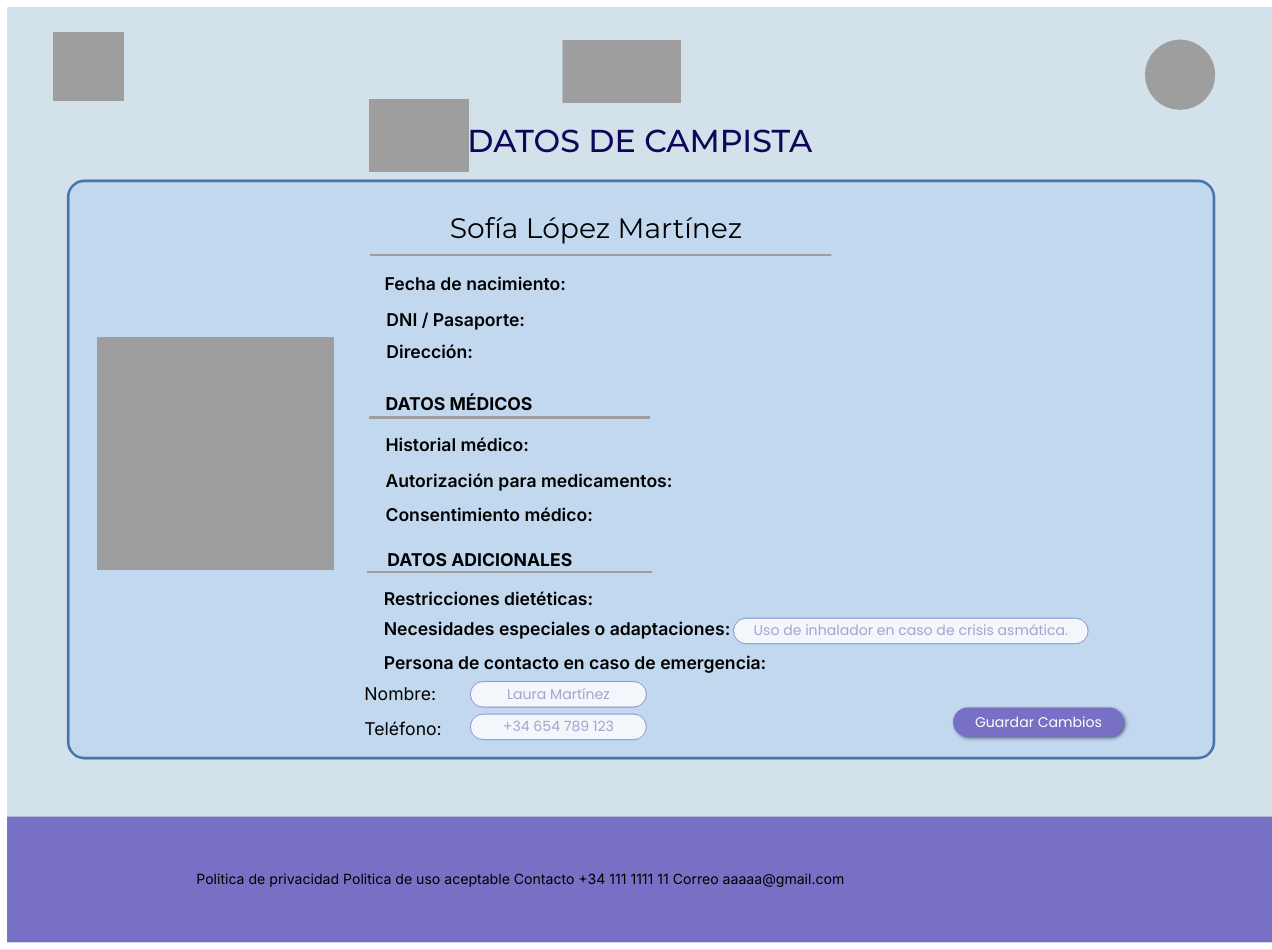
Repository: maariadomiingo/Proyecto-Integrador-Campamento
Page: html/editarCampistas.html
The author's editor kept a copy of each file at every save. The page is drawn from the files as they stood at one save, then again after a run of saves.
The browser window is 1280 px wide. The page is 1446 px wide, so the pictures cover 1446 px, including what lies to the right of the window. The pictures show the whole page, at 88% of full size.
Pictures or frames that could not be fetched are drawn as grey boxes.

Above is the page before, as saved 2025-02-05 17:18:29.

### html/editarCampistas.html
<!DOCTYPE html>
<html lang="en">
  <head>
    <meta charset="UTF-8" />
    <meta name="viewport" content="width=device-width, initial-scale=1.0" />
    <title>Editar Campistas</title>
    <link rel="stylesheet" href="https://fonts.googleapis.com/css2?family=Montserrat:wght@400;500&display=swap" />
<link rel="stylesheet" href="https://fonts.googleapis.com/css2?family=Poppins:wght@400&display=swap" />
<link rel="stylesheet" href="https://fonts.googleapis.com/css2?family=Inter:wght@400;600;700&display=swap" />
    <link rel="stylesheet" href="../css/editarCampista.css" />
  </head>
  <body>
    <div class="main-container">
      <div class="rectangle"></div>
      <div class="logo"></div>
      <div class="logo-1"></div>
      <div class="logo-final-sin-fondo"></div>
      <div class="img-3"></div>
      <div class="pic-2"></div>
      <div class="clipart-transparent-library-watercolor"></div>
      <span class="datos-de-campista">DATOS DE CAMPISTA</span>
      <div class="flecha-atras"></div>
      <div class="rectangle-2"></div>
      <span class="sofia-lopez-martinez">Sofía López Martínez</span>
      <div class="line"></div>
      <span class="fecha-de-nacimiento">Fecha de nacimiento: </span>
      <div class="dni-pasaporte">
        <span class="dni-pasaporte-3">DNI / Pasaporte:</span
        ><span class="space"> </span>
      </div>
      <div class="image-removebg-preview"></div>
      <span class="direccion">Dirección:</span
      ><span class="datos-medicos">DATOS MÉDICOS</span>
      <div class="line-4"></div>
      <span class="historial-medico">Historial médico:</span>
      <div class="autorizacion-medicamentos">
        <span class="autorizacion-medicamentos-5"
          >Autorización para medicamentos:</span
        ><span class="empty"> </span>
      </div>
      <span class="consentimiento-medico">Consentimiento médico: </span
      ><span class="datos-adicionales">DATOS ADICIONALES</span>
      <div class="line-6"></div>
      <div class="restricciones-dieteticas">
        <span class="restricciones-dieteticas-7">Restricciones dietéticas:</span
        ><span class="text-e"> </span>
      </div>
      <button class="Button">
        <span class="text-f"
          >Uso de inhalador en caso de crisis asmática.</span
        ></button
      ><span class="text-10">Necesidades especiales o adaptaciones: </span
      ><span class="text-11">Persona de contacto en caso de emergencia:</span>
      <div class="section-2">
        <span class="text-12">Nombre:</span><span class="text-13"> <br /></span
        ><span class="text-14">Teléfono:</span>
      </div>
      <button class="Button-2">
        <span class="tu-email">Laura Martínez</span></button
      ><button class="primary-buttons">
        <span class="button">Guardar Cambios</span></button
      ><button class="input">
        <span class="tu-email-8">+34 654 789 123</span>
      </button>
      <div class="rectangle-9"></div>
      <span class="politica-privacidad"
        >Politica de privacidad Politica de uso aceptable Contacto +34 111 1111
        11 Correo aaaaa@gmail.com</span
      >
    </div>
  </body>
</html>

### css/editarCampista.css
:root {
    --default-font-family: -apple-system, BlinkMacSystemFont, "Segoe UI", Roboto,
      Ubuntu, "Helvetica Neue", Helvetica, Arial, "PingFang SC",
      "Hiragino Sans GB", "Microsoft Yahei UI", "Microsoft Yahei",
      "Source Han Sans CN", sans-serif;
  }

  .main-container {
    overflow: hidden;
  }

  .main-container,
  .main-container * {
    box-sizing: border-box;
  }

  input,
  select,
  textarea,
  button {
    outline: 0;
  }

  .main-container {
    position: relative;
    width: 1438px;
    height: 1063px;
    margin: 0 auto;
  }
  .rectangle {
    position: absolute;
    width: 1438px;
    height: 1063px;
    top: 0;
    left: 0;
    background: #d3e1eb;
  }
  .logo {
    position: absolute;
    width: 81px;
    height: 79px;
    top: 28px;
    left: 52px;
    background: url(./assets/images/ba66e402-7fcd-4e19-b97f-90186bb3164b.png)
      no-repeat center;
    background-size: cover;
    z-index: 4;
  }
  .logo-1 {
    position: absolute;
    width: 80px;
    height: 80px;
    top: 37px;
    left: 1293px;
    background: url(./assets/images/d5c923a2-6a05-4f5b-b0bd-39ed3be9df8b.png)
      no-repeat center;
    background-size: cover;
    z-index: 6;
    border-radius: 50%;
  }
  .logo-final-sin-fondo {
    position: absolute;
    width: 135px;
    height: 72px;
    top: 37px;
    left: 631px;
    background: url(./assets/images/3afe852ae267f541a4e04b261436eafe5faae810.png)
      no-repeat center;
    background-size: cover;
    z-index: 8;
  }
  .img-3 {
    position: absolute;
    width: 19px;
    height: 21px;
    top: 56px;
    left: 84px;
    background: url(./assets/images/1e01157a333e1bec54a9393a8e8dd6b13038c27c.png)
      no-repeat center;
    background-size: cover;
    z-index: 5;
  }
  .pic-2 {
    position: absolute;
    width: 24px;
    height: 29px;
    top: 63px;
    left: 1321px;
    background: url(./assets/images/d1984de478cfebaa95ada4a339a47bb648a589b3.png)
      no-repeat center;
    background-size: cover;
    z-index: 7;
  }
  .clipart-transparent-library-watercolor {
    position: absolute;
    width: 114px;
    height: 82px;
    top: 105px;
    left: 411px;
    background: url(./assets/images/251fc007-0ec6-40b0-a4fa-76b2d6da96a5.png)
      no-repeat center;
    background-size: cover;
    z-index: 1;
  }
  .datos-de-campista {
    display: flex;
    align-items: flex-start;
    justify-content: center;
    position: absolute;
    width: 482px;
    height: 101px;
    top: 131px;
    left: 478px;
    color: #0f0559;
    font-family: Montserrat, var(--default-font-family);
    font-size: 36px;
    font-weight: 500;
    line-height: 43.884px;
    text-align: center;
    z-index: 3;
  }
  .flecha-atras {
    position: absolute;
    width: 27px;
    height: 23px;
    top: 143px;
    left: 468px;
    background: url(./assets/images/5f671df9ca895acd896dd721997735885d389190.png)
      no-repeat center;
    background-size: cover;
    z-index: 2;
  }
  .rectangle-2 {
    position: absolute;
    width: 1305px;
    height: 659px;
    top: 196px;
    left: 68px;
    background: rgba(176, 207, 241, 0.5);
    border: 3px solid #4674aa;
    z-index: 9;
    border-radius: 20px;
  }
  .sofia-lopez-martinez {
    display: flex;
    align-items: flex-start;
    justify-content: flex-start;
    position: absolute;
    height: 39px;
    top: 232px;
    left: 503px;
    color: #000000;
    font-family: Montserrat, var(--default-font-family);
    font-size: 32px;
    font-weight: 400;
    line-height: 39px;
    text-align: left;
    white-space: nowrap;
    z-index: 13;
  }
  .line {
    position: absolute;
    width: 525px;
    height: 2px;
    top: 281px;
    left: 412px;
    background: url(./assets/images/6c3e3311-4927-41ca-9260-a13de4e5d891.png)
      no-repeat center;
    background-size: cover;
    z-index: 17;
  }
  .fecha-de-nacimiento {
    display: flex;
    align-items: flex-start;
    justify-content: flex-start;
    position: absolute;
    height: 21px;
    top: 305px;
    left: 429px;
    color: #000000;
    font-family: Inter, var(--default-font-family);
    font-size: 20px;
    font-weight: 600;
    line-height: 21px;
    text-align: left;
    white-space: nowrap;
    z-index: 14;
  }
  .dni-pasaporte {
    position: absolute;
    width: 166px;
    height: 24px;
    top: 344px;
    left: 431px;
    font-family: Inter, var(--default-font-family);
    font-size: 20px;
    font-weight: 400;
    line-height: 24px;
    text-align: left;
    text-overflow: initial;
    white-space: nowrap;
    z-index: 15;
  }
  .dni-pasaporte-3 {
    position: relative;
    color: #000000;
    font-family: Inter, var(--default-font-family);
    font-size: 20px;
    font-weight: 600;
    line-height: 24.205px;
    text-align: left;
  }
  .space {
    position: relative;
    color: #000000;
    font-family: Inter, var(--default-font-family);
    font-size: 20px;
    font-weight: 400;
    line-height: 24.205px;
    text-align: left;
  }
  .image-removebg-preview {
    position: absolute;
    width: 269px;
    height: 265px;
    top: 375px;
    left: 102px;
    background: url(./assets/images/66994f5bdea5b2f42a2d4f51b08bc45cb40066f6.png)
      no-repeat center;
    background-size: cover;
    z-index: 12;
  }
  .direccion {
    display: flex;
    align-items: flex-start;
    justify-content: flex-start;
    position: absolute;
    height: 36px;
    top: 380px;
    left: 431px;
    color: #000000;
    font-family: Inter, var(--default-font-family);
    font-size: 20px;
    font-weight: 600;
    line-height: 24.205px;
    text-align: left;
    white-space: nowrap;
    z-index: 16;
  }
  .datos-medicos {
    display: flex;
    align-items: flex-start;
    justify-content: flex-start;
    position: absolute;
    width: 212px;
    height: 38px;
    top: 439px;
    left: 430px;
    color: #000000;
    font-family: Inter, var(--default-font-family);
    font-size: 20px;
    font-weight: 700;
    line-height: 24.205px;
    text-align: left;
    z-index: 20;
  }
  .line-4 {
    position: absolute;
    width: 319.758px;
    height: 3px;
    top: 465px;
    left: 410.997px;
    background: url(./assets/images/7de19d98-c69d-4065-83d1-bc1198f7a0f8.png)
      no-repeat center;
    background-size: cover;
    z-index: 18;
  }
  .historial-medico {
    display: flex;
    align-items: flex-start;
    justify-content: flex-start;
    position: absolute;
    height: 28px;
    top: 486px;
    left: 430px;
    color: #000000;
    font-family: Inter, var(--default-font-family);
    font-size: 20px;
    font-weight: 600;
    line-height: 24.205px;
    text-align: left;
    white-space: nowrap;
    z-index: 21;
  }
  .autorizacion-medicamentos {
    position: absolute;
    width: 334px;
    height: 28px;
    top: 526px;
    left: 430px;
    font-family: Inter, var(--default-font-family);
    font-size: 20px;
    font-weight: 400;
    line-height: 24.205px;
    text-align: left;
    text-overflow: initial;
    white-space: nowrap;
    z-index: 22;
  }
  .autorizacion-medicamentos-5 {
    position: relative;
    color: #000000;
    font-family: Inter, var(--default-font-family);
    font-size: 20px;
    font-weight: 600;
    line-height: 24.205px;
    text-align: left;
  }
  .empty {
    position: relative;
    color: #000000;
    font-family: Inter, var(--default-font-family);
    font-size: 20px;
    font-weight: 400;
    line-height: 24.205px;
    text-align: left;
  }
  .consentimiento-medico {
    display: flex;
    align-items: flex-start;
    justify-content: flex-start;
    position: absolute;
    height: 28px;
    top: 565px;
    left: 430px;
    color: #000000;
    font-family: Inter, var(--default-font-family);
    font-size: 20px;
    font-weight: 600;
    line-height: 24.205px;
    text-align: left;
    white-space: nowrap;
    z-index: 23;
  }
  .datos-adicionales {
    display: flex;
    align-items: flex-start;
    justify-content: flex-start;
    position: absolute;
    width: 709px;
    height: 38px;
    top: 616px;
    left: 432px;
    color: #000000;
    font-family: Inter, var(--default-font-family);
    font-size: 20px;
    font-weight: 700;
    line-height: 24.205px;
    text-align: left;
    z-index: 24;
  }
  .line-6 {
    position: absolute;
    width: 324px;
    height: 2px;
    top: 641px;
    left: 409px;
    background: url(./assets/images/802bba21-413f-4e51-85a2-a2274926ef1f.png)
      no-repeat center;
    background-size: cover;
    z-index: 19;
  }
  .restricciones-dieteticas {
    position: absolute;
    width: 247px;
    height: 28px;
    top: 661px;
    left: 428px;
    font-family: Inter, var(--default-font-family);
    font-size: 20px;
    font-weight: 400;
    line-height: 24.205px;
    text-align: left;
    text-overflow: initial;
    white-space: nowrap;
    z-index: 25;
  }
  .restricciones-dieteticas-7 {
    position: relative;
    color: #000000;
    font-family: Inter, var(--default-font-family);
    font-size: 20px;
    font-weight: 600;
    line-height: 24.205px;
    text-align: left;
  }
  .text-e {
    position: relative;
    color: #000000;
    font-family: Inter, var(--default-font-family);
    font-size: 20px;
    font-weight: 400;
    line-height: 24.205px;
    text-align: left;
  }
  .Button {
    display: flex;
    align-items: center;
    justify-content: center;
    flex-wrap: nowrap;
    gap: 16px;
    position: absolute;
    width: 404px;
    height: 30px;
    top: 694px;
    left: 825px;
    padding: 8px 16px 8px 16px;
    cursor: pointer;
    background: #ffffff;
    border: 1px solid #7770c5;
    opacity: 0.8;
    z-index: 31;
    overflow: hidden;
    border-radius: 15px;
  }
  .text-f {
    flex-shrink: 0;
    flex-basis: auto;
    position: relative;
    height: 22px;
    color: rgba(58, 50, 143, 0.5);
    font-family: Poppins, var(--default-font-family);
    font-size: 16px;
    font-weight: 400;
    line-height: 22px;
    text-align: left;
    white-space: nowrap;
    z-index: 32;
  }
  .text-10 {
    display: flex;
    align-items: flex-start;
    justify-content: flex-start;
    position: absolute;
    height: 28px;
    top: 695px;
    left: 428px;
    color: #000000;
    font-family: Inter, var(--default-font-family);
    font-size: 20px;
    font-weight: 600;
    line-height: 24.205px;
    text-align: left;
    white-space: nowrap;
    z-index: 26;
  }
  .text-11 {
    display: flex;
    align-items: flex-start;
    justify-content: flex-start;
    position: absolute;
    width: 665px;
    height: 90px;
    top: 733px;
    left: 428px;
    color: #000000;
    font-family: Inter, var(--default-font-family);
    font-size: 20px;
    font-weight: 600;
    line-height: 24.205px;
    text-align: left;
    z-index: 27;
  }
  .section-2 {
    position: absolute;
    width: 291px;
    height: 72px;
    top: 760px;
    left: 406px;
    font-family: Inter, var(--default-font-family);
    font-size: 20px;
    font-weight: 400;
    line-height: 40px;
    text-align: left;
    z-index: 28;
  }
  .text-12 {
    position: relative;
    color: #000000;
    font-family: Inter, var(--default-font-family);
    font-size: 20px;
    font-weight: 500;
    line-height: 40px;
    text-align: left;
  }
  .text-13 {
    position: relative;
    color: #000000;
    font-family: Inter, var(--default-font-family);
    font-size: 20px;
    font-weight: 400;
    line-height: 40px;
    text-align: left;
  }
  .text-14 {
    position: relative;
    color: #000000;
    font-family: Inter, var(--default-font-family);
    font-size: 20px;
    font-weight: 500;
    line-height: 40px;
    text-align: left;
  }
  .Button-2 {
    display: flex;
    align-items: center;
    justify-content: center;
    flex-wrap: nowrap;
    gap: 16px;
    position: absolute;
    width: 201px;
    height: 30px;
    top: 766px;
    left: 526px;
    padding: 8px 16px 8px 16px;
    cursor: pointer;
    background: #ffffff;
    border: 1px solid #7770c5;
    opacity: 0.8;
    z-index: 33;
    overflow: hidden;
    border-radius: 15px;
  }
  .tu-email {
    flex-shrink: 0;
    flex-basis: auto;
    position: relative;
    height: 22px;
    color: rgba(58, 50, 143, 0.5);
    font-family: Poppins, var(--default-font-family);
    font-size: 16px;
    font-weight: 400;
    line-height: 22px;
    text-align: left;
    white-space: nowrap;
    z-index: 34;
  }
  .primary-buttons {
    display: flex;
    align-items: center;
    justify-content: center;
    flex-wrap: nowrap;
    gap: 16px;
    position: absolute;
    width: 194px;
    height: 33px;
    top: 796px;
    left: 1075px;
    padding: 16px 16px 16px 16px;
    cursor: pointer;
    background: #7770c5;
    border: none;
    z-index: 10;
    border-radius: 32px;
    box-shadow: 2px 2px 4px 0 rgba(51, 62, 99, 0.75);
  }
  .button {
    flex-shrink: 0;
    flex-basis: auto;
    position: relative;
    height: 22px;
    color: #ffffff;
    font-family: Poppins, var(--default-font-family);
    font-size: 16px;
    font-weight: 400;
    line-height: 22px;
    text-align: left;
    white-space: nowrap;
    z-index: 11;
  }
  .input {
    display: flex;
    align-items: center;
    justify-content: center;
    flex-wrap: nowrap;
    gap: 16px;
    position: absolute;
    width: 201px;
    height: 30px;
    top: 803px;
    left: 526px;
    padding: 8px 16px 8px 16px;
    cursor: pointer;
    background: #ffffff;
    border: 1px solid #7770c5;
    opacity: 0.8;
    z-index: 35;
    overflow: hidden;
    border-radius: 15px;
  }
  .tu-email-8 {
    flex-shrink: 0;
    flex-basis: auto;
    position: relative;
    height: 22px;
    color: rgba(58, 50, 143, 0.5);
    font-family: Poppins, var(--default-font-family);
    font-size: 16px;
    font-weight: 400;
    line-height: 22px;
    text-align: left;
    white-space: nowrap;
    z-index: 36;
  }
  .rectangle-9 {
    position: absolute;
    width: 1440px;
    height: 143px;
    top: 920px;
    left: 0;
    background: #7770c5;
    z-index: 29;
  }
  .politica-privacidad {
    display: flex;
    align-items: flex-start;
    justify-content: flex-start;
    position: absolute;
    height: 19px;
    top: 982px;
    left: 215px;
    color: #000000;
    font-family: Inter, var(--default-font-family);
    font-size: 16px;
    font-weight: 400;
    line-height: 19px;
    text-align: left;
    white-space: nowrap;
    z-index: 30;
  }

After the next 2 saves:
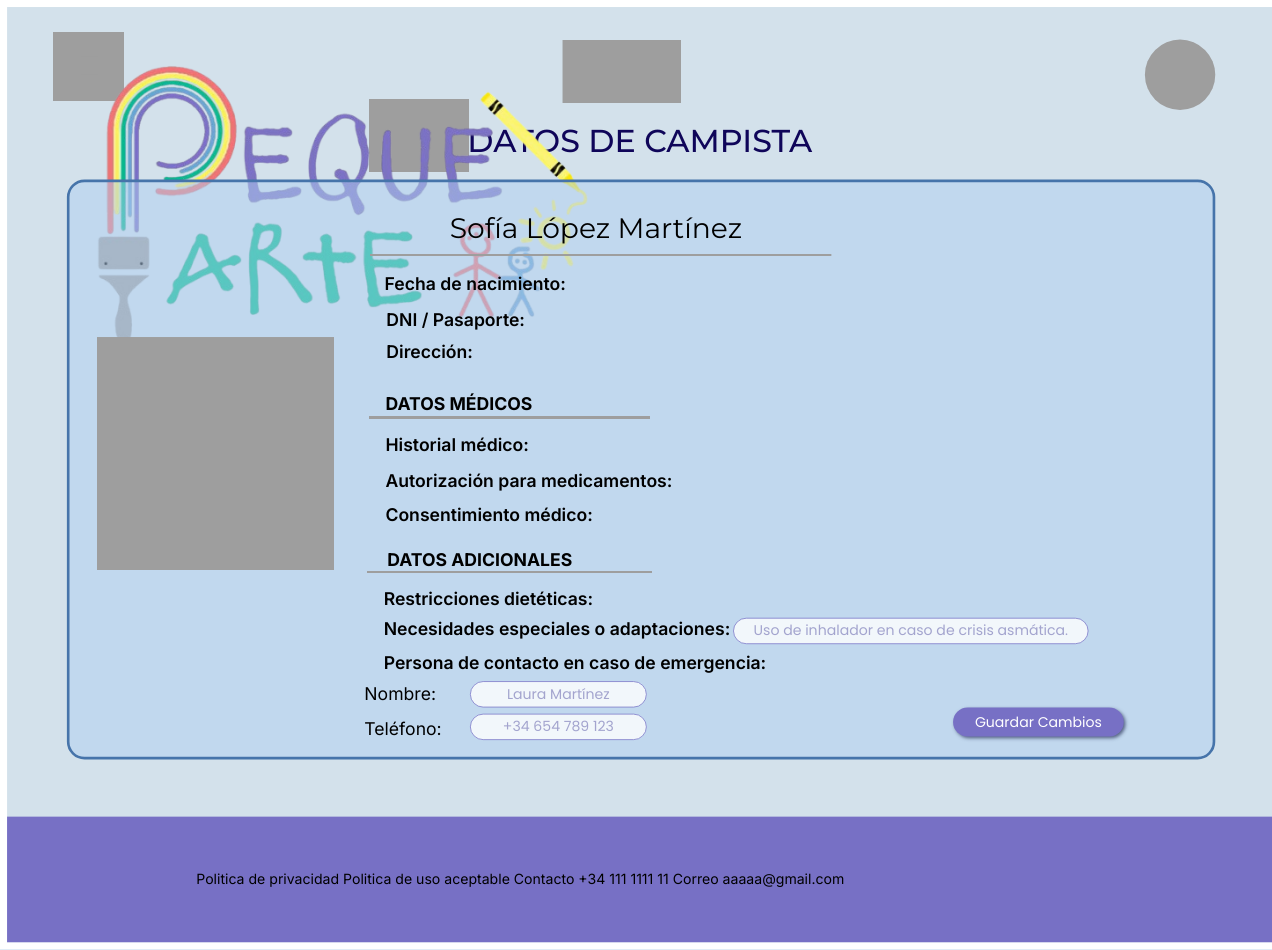
The 2 saves are shown as one change because they came seconds apart.
The last was saved 5 min 57 s later.
--- a/html/editarCampistas.html
+++ b/html/editarCampistas.html
@@ -12,7 +12,9 @@
   <body>
     <div class="main-container">
       <div class="rectangle"></div>
-      <div class="logo"></div>
+      <div class="logo">
+        <img src="../img/logo sin fondo.png">
+      </div>
       <div class="logo-1"></div>
       <div class="logo-final-sin-fondo"></div>
       <div class="img-3"></div>
